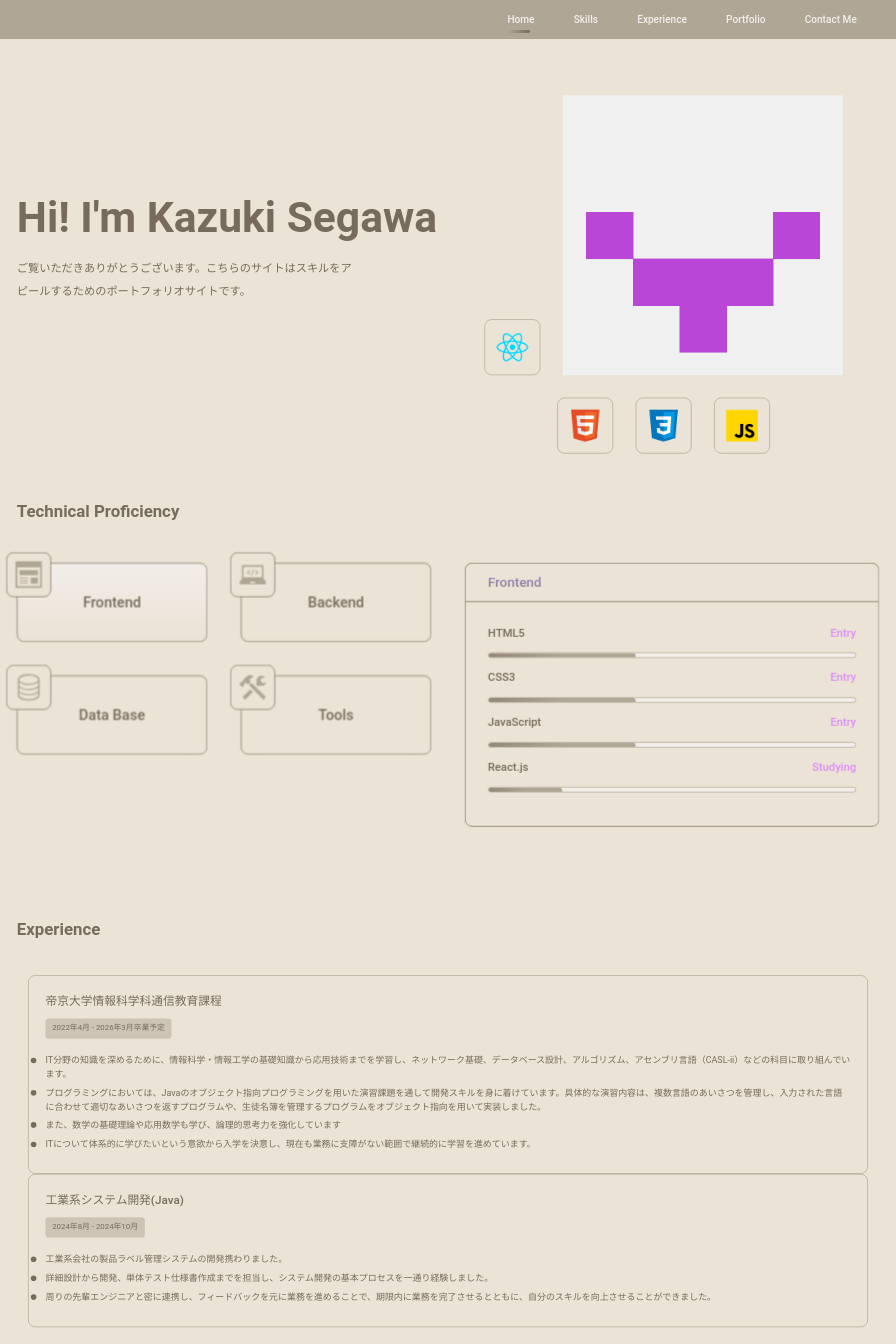
Repository: segawa74/SegawaSite
Page: /
These files come from the project's save history. The page is drawn as it stood at one moment and after the next save; the edit follows.
The browser window is 1280 px wide. The pictures show the part of the page from y = 0 to 1920 px (the page is 3061 px tall before and 3160 px after), at 70% of full size.
The project was rebuilt for these pictures with package versions that can differ from the ones it lists, and the page was loaded fresh each time. Also part of the build but not shown: vite.config.ts.

Above is the page before, as saved 2024-10-23 18:10:53.

After the next save:
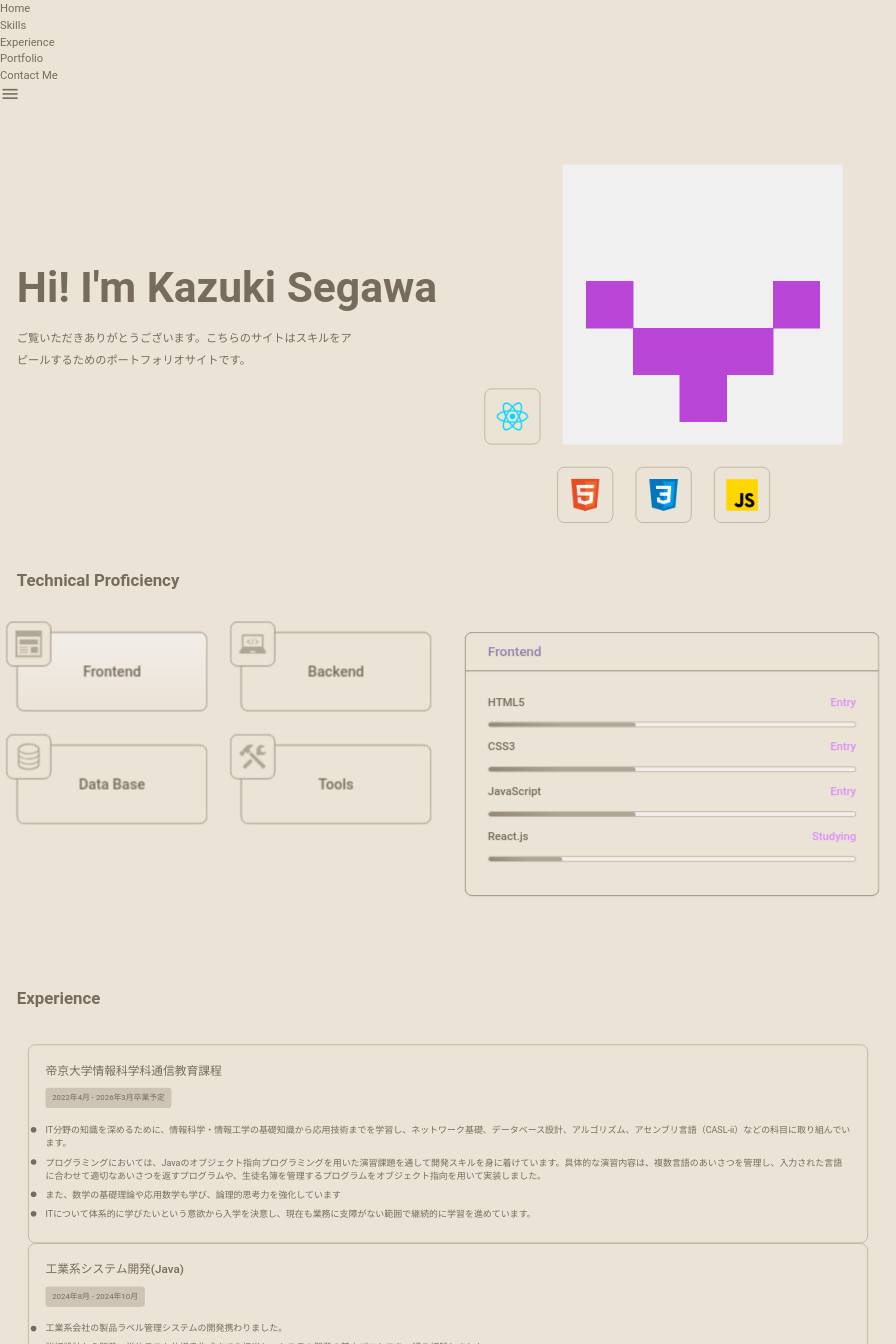
Saved 9 min 0 s later.
--- a/src/components/Navbar/Navbar.css
+++ b/src/components/Navbar/Navbar.css
@@ -1,4 +1,4 @@
-.nav-wrapper {
+/* .nav-wrapper {
   background: #B0A695;
   padding: 0.5rem 0;
   position: sticky;
@@ -131,4 +131,4 @@
   .nav-wrapper {
     padding: 0 2rem;
   }
-}
+} */
